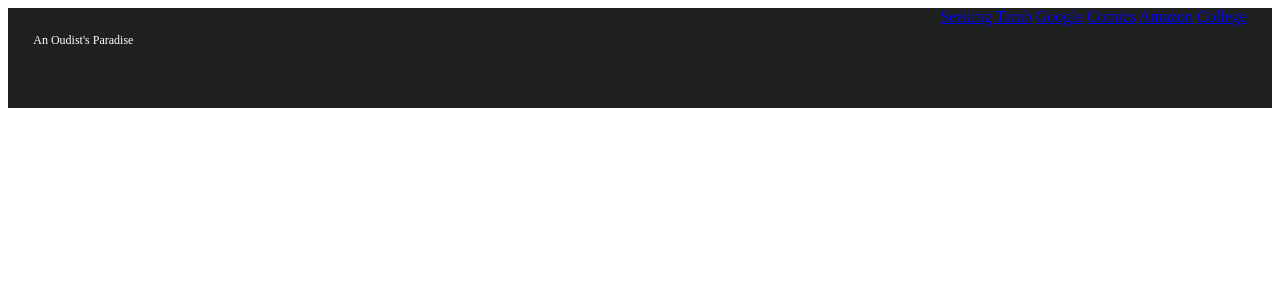
Repository: robvollmar/homework3
Page: index.html
The author's editor kept a record of every edit. The page is drawn from the files as they stood at one moment, then again after the next edit.
The browser window is 1280 px wide. The pictures show the whole page.

Above is the page before.

### index.html
<!DOCTYPE html>
<html>
    <head>
        <link type="text/css" rel="stylesheet" href="stylesheet.css"/>
        <title>An Oudist's Paradise</title>
    </head>
    <body>
        <div class="page">
            <div class="header">
                <div class="headertext">
                An Oudist's Paradise
                </div>

                <div class="headermenu">
                    <a href="http://oudstudent.tumblr.com">Seeking Tarab</a>
                    <a href="http://google.com">Google</a>
                    <a href="http://howlingatthegates.com">Comics</a>
                    <a href="http://amazon.com">Amazon</a>
                    <a href="http://usao.edu">College</a>
                </div>
            </div>
            <div class="body"></div>
            <div class="footer"></div>
        </div>
    </body>
</html>

### stylesheet.css
.page {
    max-width: 1280px;}
.header {
    width: 100%;
    height: 100px;
    background-color: #1F2120;
    }
.headertext {
    width:25%;
    height: 25px;
    color: white;
    font-size: 12px;
    margin-top:25px;
    margin-bottom:25px;
    float: left;
    margin-left: 2%;
}
.headermenu {
    width: 12%
    background-color: white;
    height: 25px;
    float: right;
    margin-right: 2%;
        }

After the next edit:
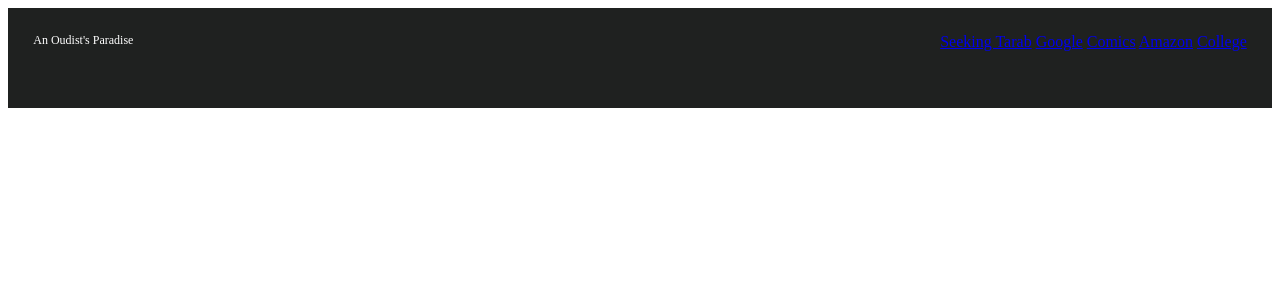
The edit:
--- a/stylesheet.css
+++ b/stylesheet.css
@@ -21,4 +21,6 @@
     height: 25px;
     float: right;
     margin-right: 2%;
+    margin-top:25px;
+    margin-bottom:25px;
         }
